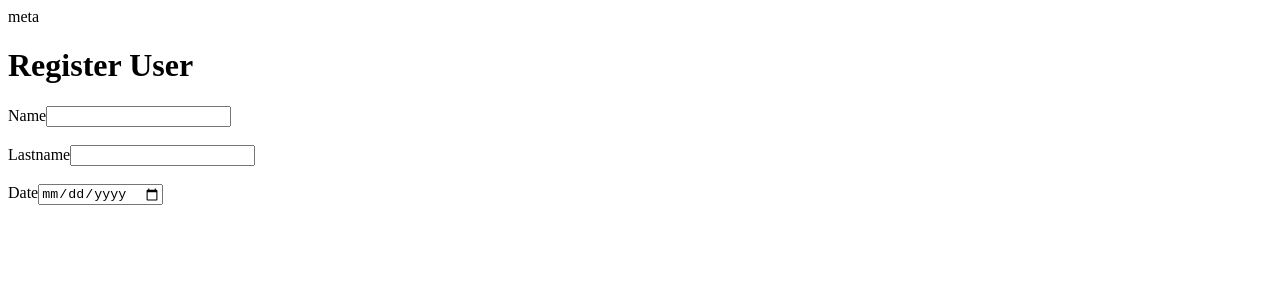
Repository: jordavy/TalentoTech
Page: templates/register.html
The author's editor kept a record of every edit. The page is drawn from the files as they stood at one moment, then again after the next edit.
The browser window is 1280 px wide. The pictures show the whole page.

Above is the page before.

After the next edit:
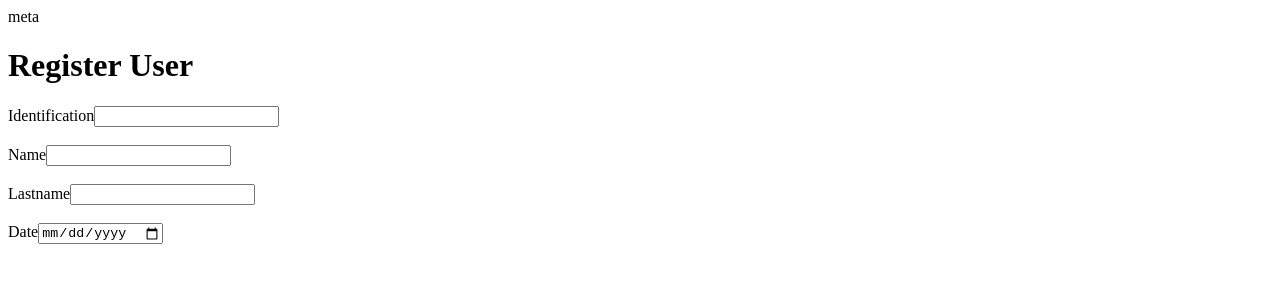
The edit:
--- a/templates/register.html
+++ b/templates/register.html
@@ -8,6 +8,8 @@
     <body>
         <h1>Register User</h1>
         <form>
+            <label for="">Identification</label><input type="num" name=""/>
+             <br /> <br />
             <label for="">Name</label><input type="text" name=""/>
             <br /> <br />
             <label for="">Lastname</label><input type="text">
